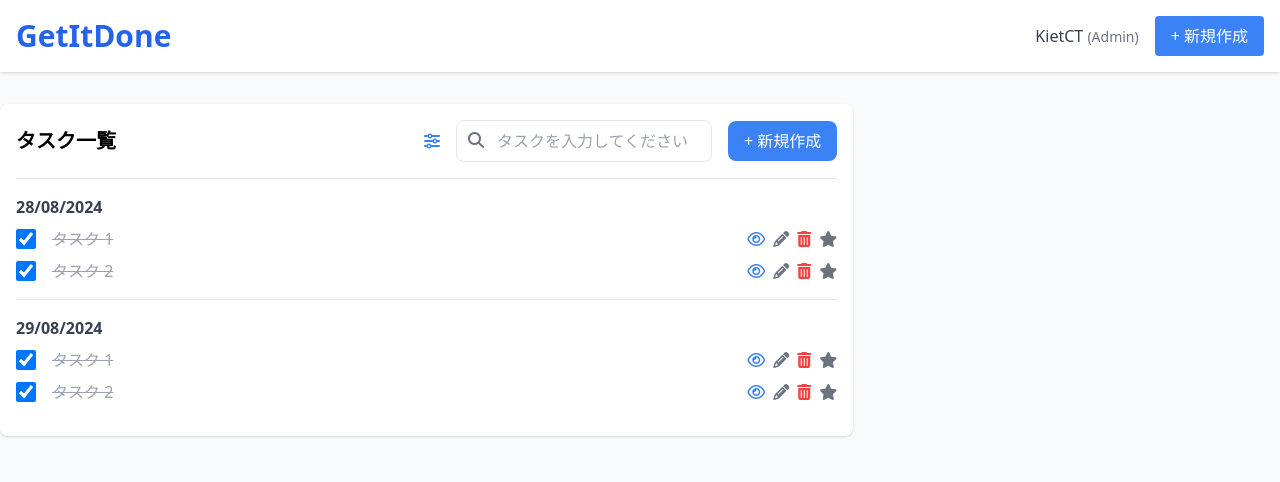
Repository: TuanAnhNguyen723/todolist
Page: mainscreen.html
These files come from the project's save history. The page is drawn as it stood at one moment and after a run of saves; the edit follows.
The browser window is 1280 px wide. The pictures show the whole page.
Some web libraries are served in a nearby version.

Above is the page before, as saved 2024-09-24 21:43:43.

After the next 2 saves:
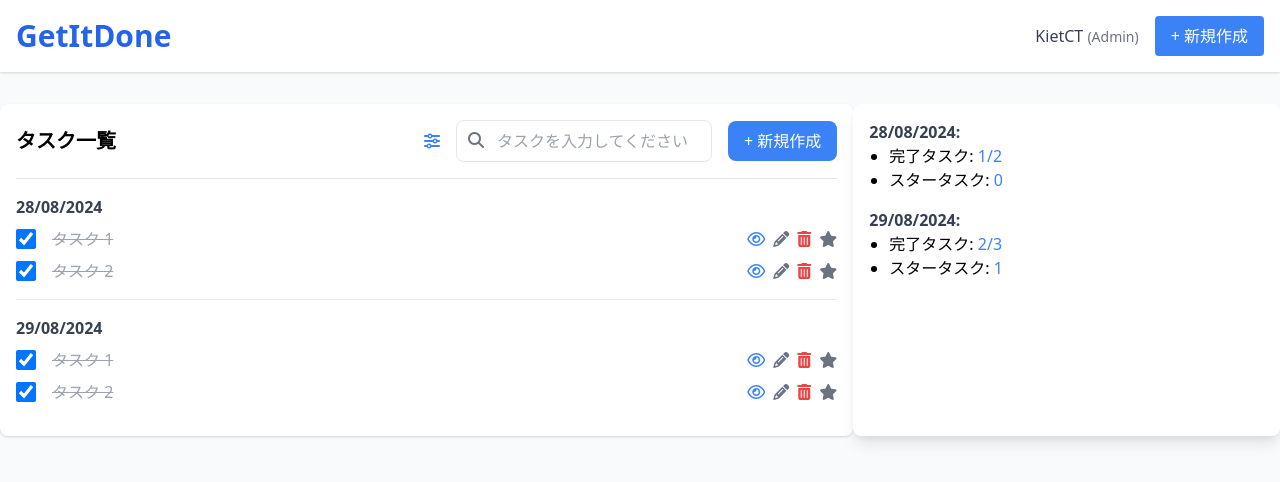
Console error: TypeError: Cannot read properties of null (reading 'addEventListener')
The 2 saves are shown as one change because they came seconds apart.
The last was saved 4 min 14 s later.
--- a/mainscreen.html
+++ b/mainscreen.html
@@ -34,7 +34,6 @@
       <div class="flex justify-between">
         <!-- Task List -->
         <div class="w-2/3 bg-white p-4 shadow rounded-lg">
-
           <div class="flex justify-between items-center mb-4">
             <!-- Task List Title -->
             <h2 class="text-xl font-bold">タスク一覧</h2>
@@ -53,7 +52,9 @@
                   placeholder="タスクを入力してください"
                 />
                 <!-- Search Icon -->
-                <i class="fas fa-search absolute left-3 top-3 text-gray-500"></i>
+                <i
+                  class="fas fa-search absolute left-3 top-3 text-gray-500"
+                ></i>
               </div>
 
               <!-- New Task Button -->
@@ -187,25 +188,20 @@
         </div>
 
         <!-- Task Completion Summary -->
-        <div
-          id="task-summary"
-          class="fixed inset-0 bg-gray-600 bg-opacity-50 flex justify-center items-center hidden"
-        >
-          <div class="bg-white p-6 rounded-lg shadow-lg w-1/3">
-            <h3 class="font-bold text-gray-700">28/08/2024:</h3>
-            <p class="text-gray-700">• 完了タスク: 1/2</p>
-            <p class="text-gray-700">• スタータスク: 0</p>
-            <h3 class="font-bold text-gray-700 mt-4">29/08/2024:</h3>
-            <p class="text-gray-700">• 完了タスク: 2/3</p>
-            <p class="text-gray-700">• スタータスク: 1</p>
-            <button
-              id="close-popup"
-              class="mt-4 bg-blue-500 text-white px-4 py-2 rounded"
-            >
-              Đóng
-            </button>
-          </div>
+        <div id="task-summary" class="w-1/3 bg-white p-4 shadow-lg rounded-lg">
+          <h3 class="font-bold text-gray-700">28/08/2024:</h3>
+          <ul class="list-disc pl-5">
+            <li>完了タスク: <span class="text-blue-500">1/2</span></li>
+            <li>スタータスク: <span class="text-blue-500">0</span></li>
+          </ul>
+
+          <h3 class="font-bold text-gray-700 mt-4">29/08/2024:</h3>
+          <ul class="list-disc pl-5">
+            <li>完了タスク: <span class="text-blue-500">2/3</span></li>
+            <li>スタータスク: <span class="text-blue-500">1</span></li>
+          </ul>
         </div>
+
       </div>
     </main>
 

After the save that followed:
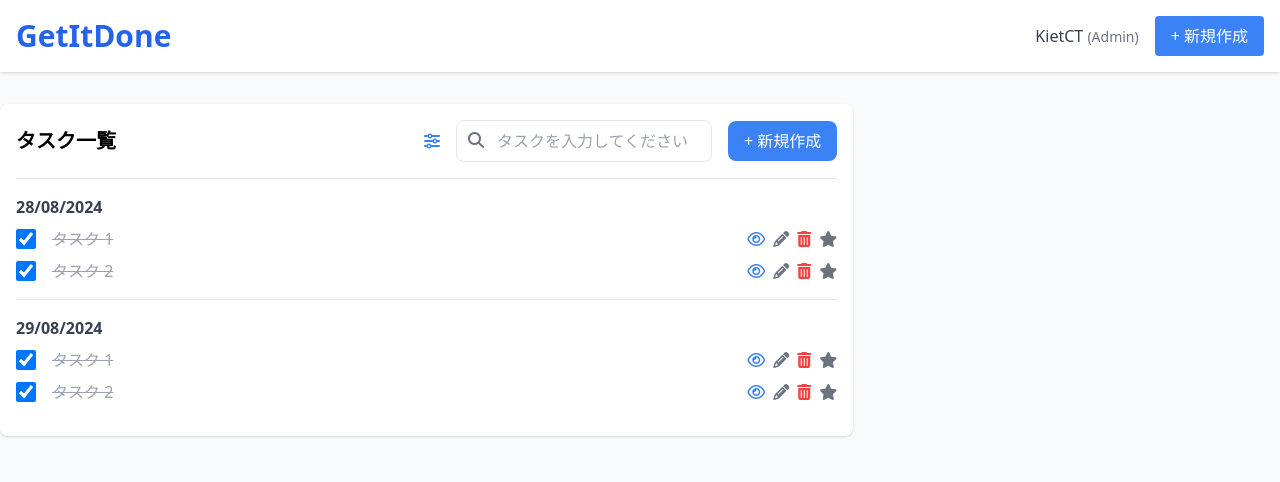
The error is gone.
Saved 98 s later.
--- a/mainscreen.html
+++ b/mainscreen.html
@@ -34,6 +34,7 @@
       <div class="flex justify-between">
         <!-- Task List -->
         <div class="w-2/3 bg-white p-4 shadow rounded-lg">
+
           <div class="flex justify-between items-center mb-4">
             <!-- Task List Title -->
             <h2 class="text-xl font-bold">タスク一覧</h2>
@@ -52,9 +53,7 @@
                   placeholder="タスクを入力してください"
                 />
                 <!-- Search Icon -->
-                <i
-                  class="fas fa-search absolute left-3 top-3 text-gray-500"
-                ></i>
+                <i class="fas fa-search absolute left-3 top-3 text-gray-500"></i>
               </div>
 
               <!-- New Task Button -->
@@ -188,20 +187,25 @@
         </div>
 
         <!-- Task Completion Summary -->
-        <div id="task-summary" class="w-1/3 bg-white p-4 shadow-lg rounded-lg">
-          <h3 class="font-bold text-gray-700">28/08/2024:</h3>
-          <ul class="list-disc pl-5">
-            <li>完了タスク: <span class="text-blue-500">1/2</span></li>
-            <li>スタータスク: <span class="text-blue-500">0</span></li>
-          </ul>
-
-          <h3 class="font-bold text-gray-700 mt-4">29/08/2024:</h3>
-          <ul class="list-disc pl-5">
-            <li>完了タスク: <span class="text-blue-500">2/3</span></li>
-            <li>スタータスク: <span class="text-blue-500">1</span></li>
-          </ul>
+        <div
+          id="task-summary"
+          class="fixed inset-0 bg-gray-600 bg-opacity-50 flex justify-center items-center hidden"
+        >
+          <div class="bg-white p-6 rounded-lg shadow-lg w-1/3">
+            <h3 class="font-bold text-gray-700">28/08/2024:</h3>
+            <p class="text-gray-700">• 完了タスク: 1/2</p>
+            <p class="text-gray-700">• スタータスク: 0</p>
+            <h3 class="font-bold text-gray-700 mt-4">29/08/2024:</h3>
+            <p class="text-gray-700">• 完了タスク: 2/3</p>
+            <p class="text-gray-700">• スタータスク: 1</p>
+            <button
+              id="close-popup"
+              class="mt-4 bg-blue-500 text-white px-4 py-2 rounded"
+            >
+              Đóng
+            </button>
+          </div>
         </div>
-
       </div>
     </main>
 
